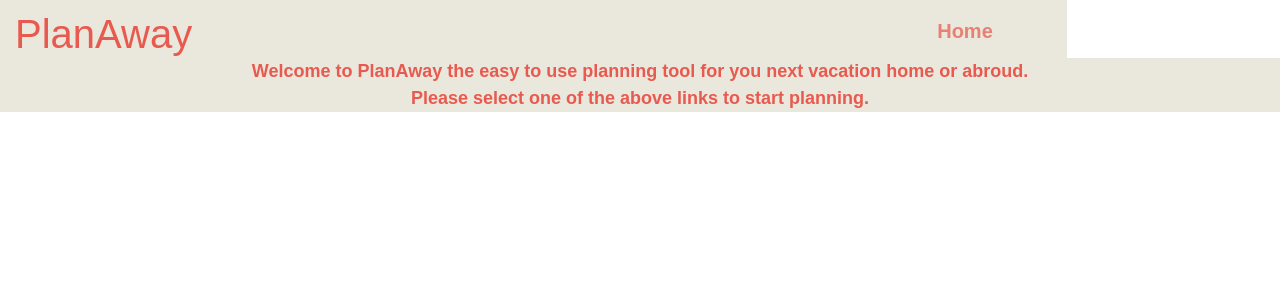
Repository: Brad000/PlanAway-Project
Page: abroud.html
The author's editor kept a record of every edit. The page is drawn from the files as they stood at one moment, then again after the next edit.
The browser window is 1280 px wide. The pictures show the whole page.
Some icons come from a web library that is not loaded, so they are not drawn. Some web fonts or font styles are not loaded; a fallback is used. Some web libraries are served in a nearby version.

Above is the page before.

After the next edit:
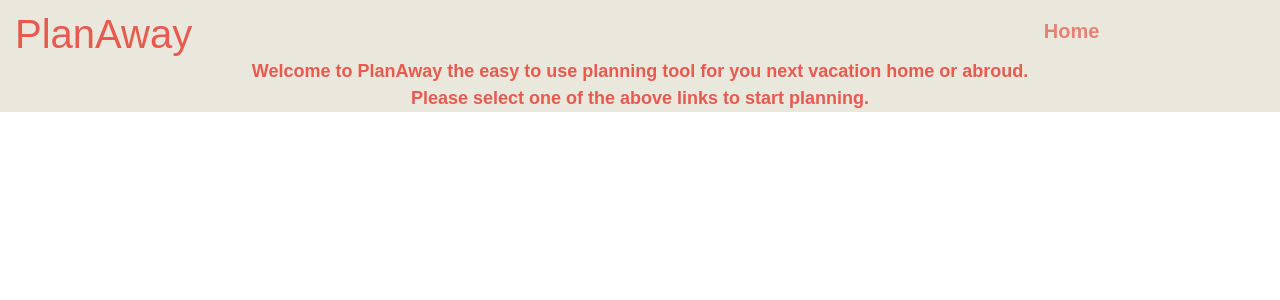
The edit:
--- a/abroud.html
+++ b/abroud.html
@@ -19,7 +19,7 @@
             <div class="col-12 col-md-8 site-heading">
                 <h1 class="site-name">PlanAway<i class="fal fa-plane-departure site-logo"></i></h1>
             </div>
-            <div class="col-6 col-md-2 site-heading">
+            <div class="col-6 col-md-4 site-heading">
                 <a href="home.html" id="a-links">
                     <h5 class="link-text"><i class="fal fa-home site-links"></i>Home</h5>
                 </a>
